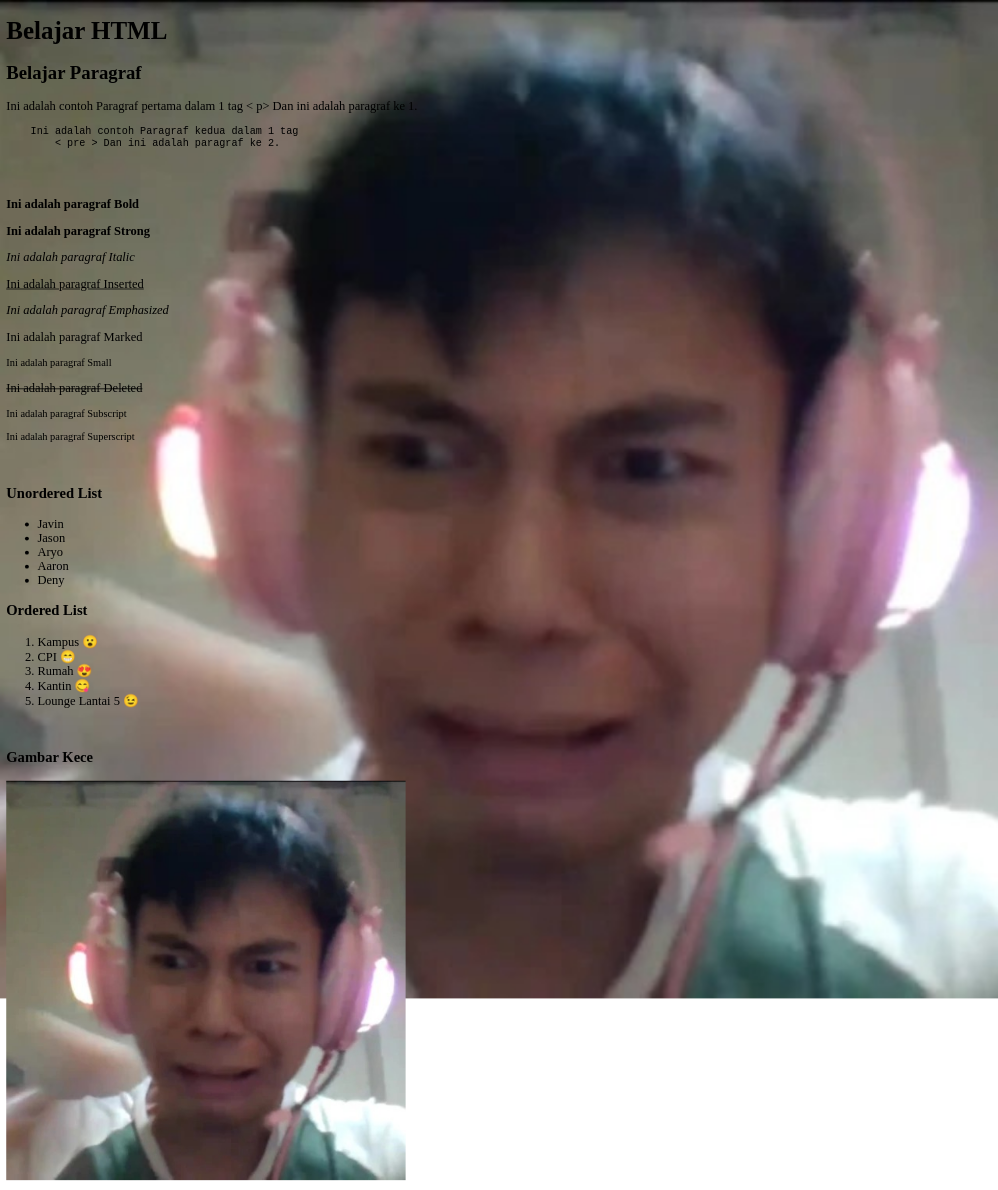
Repository: Gibekkk/WebPro
Page: Tugas HTML 1/index.html
These files come from the project's save history. The page is drawn as it stood at one moment and after a run of saves; the edit follows.
The browser window is 1280 px wide. The pictures show the whole page, at 78% of full size.
Backgrounds fixed to the window are drawn as part of the page.

Above is the page before, as saved 2024-03-25 10:27:01.

### Tugas HTML 1/index.html
<!DOCTYPE html>
<html lang="en">

<head>
    <meta charset="UTF-8">
    <meta name="viewport" content="width=device-width, initial-scale=1.0">
    <title>Document</title>
</head>

<body style="background-image: url(javin.jpg); background-repeat: no-repeat; background-size: 100%; backg">
    <h1>Belajar HTML</h1>
    <h2>Belajar Paragraf</h2>
    <p>Ini adalah contoh Paragraf pertama dalam 1 tag
        < p> Dan ini adalah paragraf ke 1.</p>
    <pre>
    Ini adalah contoh Paragraf kedua dalam 1 tag
        < pre > Dan ini adalah paragraf ke 2.
    </pre>
    <br>

    <b>
        <p>Ini adalah paragraf Bold</p>
    </b>
    <strong>
    <p>Ini adalah paragraf Strong</p>
    </strong>
    <i>
    <p>Ini adalah paragraf Italic</p>
    </i>
    <ins>
    <p>Ini adalah paragraf Inserted</p>
    </ins>
    <em>
    <p>Ini adalah paragraf Emphasized</p>
    </em>
    <mark>
        <p>Ini adalah paragraf Marked</p>
    </mark>
    <small>
        <p>Ini adalah paragraf Small</p>
    </small>
    <del>
        <p>Ini adalah paragraf Deleted</p>
    </del>
    <sub>
        <p>Ini adalah paragraf Subscript</p>
    </sub>
    <sup>
        <p>Ini adalah paragraf Superscript</p>
    </sup>
    <br>

    <h3>Unordered List</h3>
    <ul>
        <li>Javin</li>
        <li>Jason</li>
        <li>Aryo</li>
        <li>Aaron</li>
        <li>Deny</li>
    </ul>

    <h3>Ordered List</h3>
    <ol>
        <li>Kampus 😮</li>
        <li>CPI 😁</li>
        <li>Rumah 😍</li>
        <li>Kantin 😋</li>
        <li>Lounge Lantai 5 😉</li>
    </ol>
    <br>
    <h3>Gambar Kece</h3>
    <img src="javin.jpg" alt="Javin" title="Javin">
</body>

</html>

After the next 2 saves:
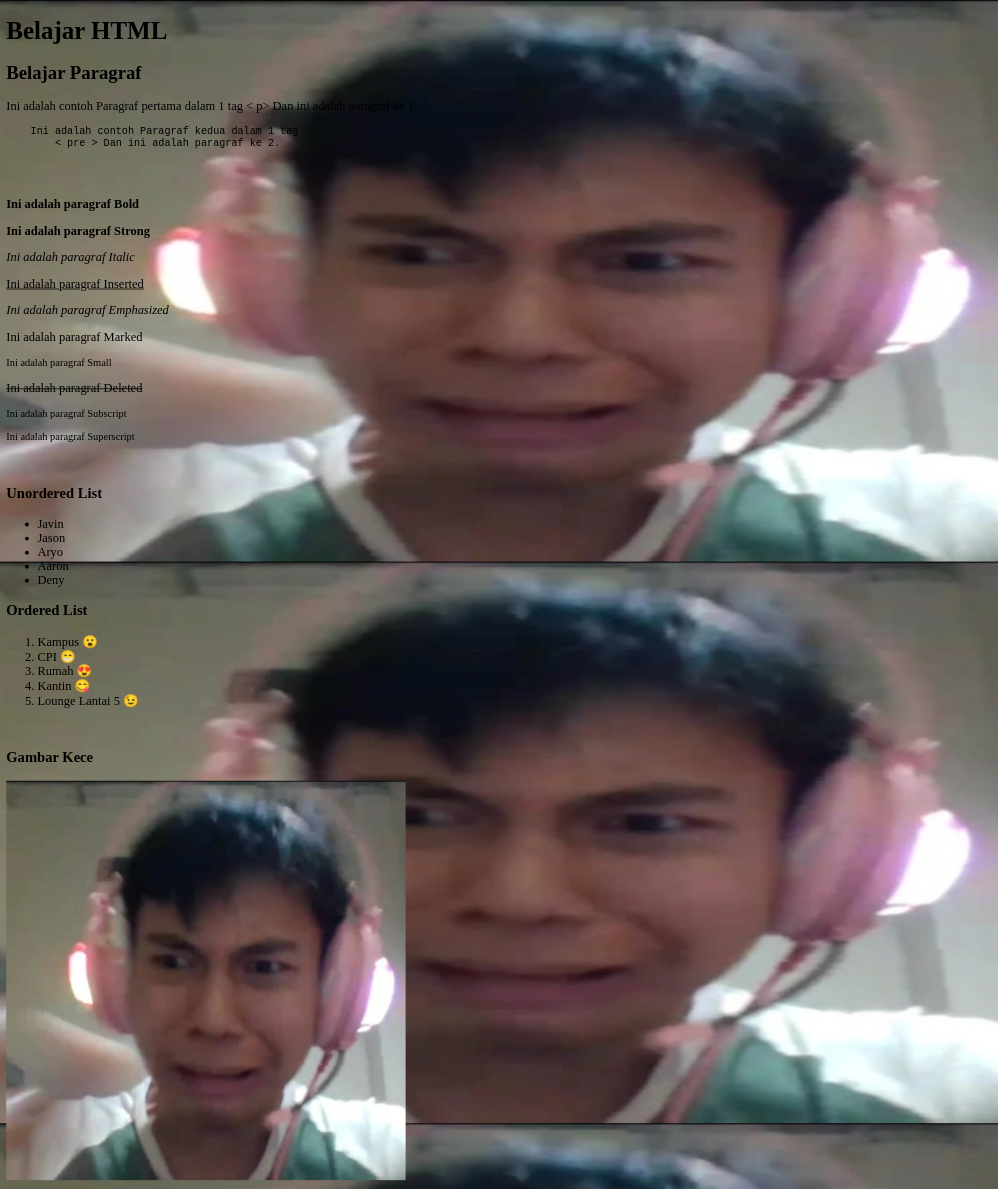
The 2 saves are shown as one change because they came seconds apart.
The last was saved 6 s later.
--- a/Tugas HTML 1/index.html
+++ b/Tugas HTML 1/index.html
@@ -7,7 +7,7 @@
     <title>Document</title>
 </head>
 
-<body style="background-image: url(javin.jpg); background-repeat: no-repeat; background-size: 100%; backg">
+<body style="background-image: url(javin.jpg); background-repeat: no-repeat; background-size: 100%; background-attachment: fixed;">
     <h1>Belajar HTML</h1>
     <h2>Belajar Paragraf</h2>
     <p>Ini adalah contoh Paragraf pertama dalam 1 tag
